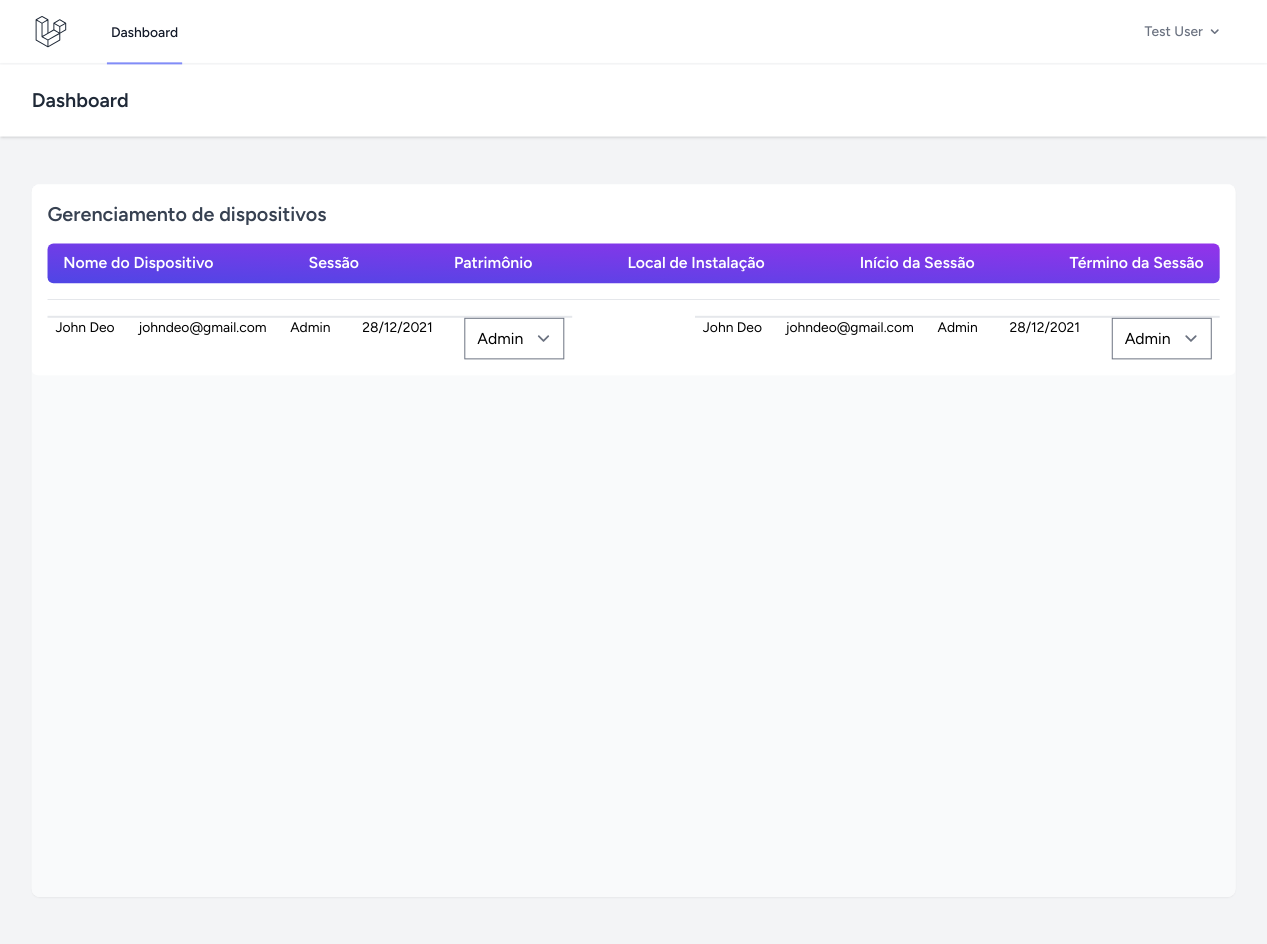
Repository: CrisMorgantee/device-logs
Page: http://localhost/dashboard
The author's editor kept a copy of each file at every save. The page is drawn from the files as they stood at one save, then again after the next save.
The browser window is 1280 px wide. The pictures show the whole page, at 99% of full size.
The page is served by the project's Laravel application, run on PHP 8.4 with Laravel 10. A made-up administrator, Test User (test@example.com), is signed in. Style sheets and scripts are compiled from the project's sources, by tool versions that may differ from the author's. Queries for data that is not in the repository find no rows.

Above is the page before, as saved 2023-04-14 22:28:09.

After the next save:
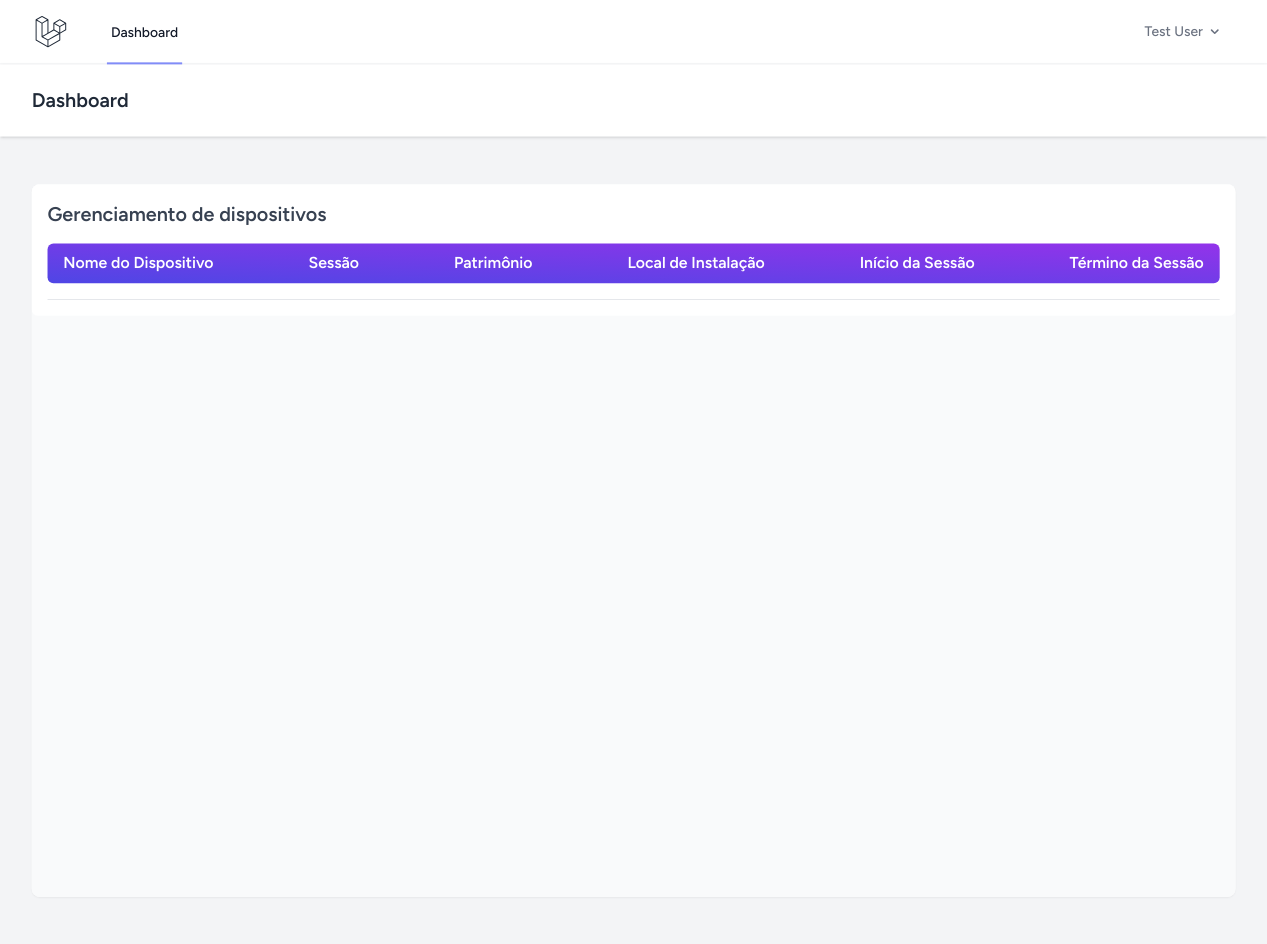
Saved 44 s later.
--- a/resources/views/dashboard.blade.php
+++ b/resources/views/dashboard.blade.php
@@ -51,53 +51,13 @@
                           <span>28/12/2021</span>
                         </div>
                         <div class="px-2">
-                          <select>
-                            <option>Admin</option>
-                            <option>User</option>
-                          </select>
+
+                          <span>28/12/2021</span>
                         </div>
                     </div>
                     @endforeach
-                    <div class="mt-4 flex justify-between space-x-4 border-t-2 text-sm font-normal">
-                      <div class="px-2">
-                        <span>John Deo</span>
-                      </div>
-                      <div>
-                        <span>johndeo@gmail.com</span>
-                      </div>
-                      <div class="px-2">
-                        <span>Admin</span>
-                      </div>
-                      <div class="px-2">
-                        <span>28/12/2021</span>
-                      </div>
-                      <div class="px-2">
-                        <select>
-                          <option>Admin</option>
-                          <option>User</option>
-                        </select>
-                      </div>
-                    </div>
-                    <div class="mt-4 flex justify-between space-x-4 border-t-2 text-sm font-normal">
-                      <div class="px-2">
-                        <span>John Deo</span>
-                      </div>
-                      <div>
-                        <span>johndeo@gmail.com</span>
-                      </div>
-                      <div class="px-2">
-                        <span>Admin</span>
-                      </div>
-                      <div class="px-2">
-                        <span>28/12/2021</span>
-                      </div>
-                      <div class="px-2">
-                        <select>
-                          <option>Admin</option>
-                          <option>User</option>
-                        </select>
-                      </div>
-                    </div>
+
+
                   </div>
                 </div>
               </div>
